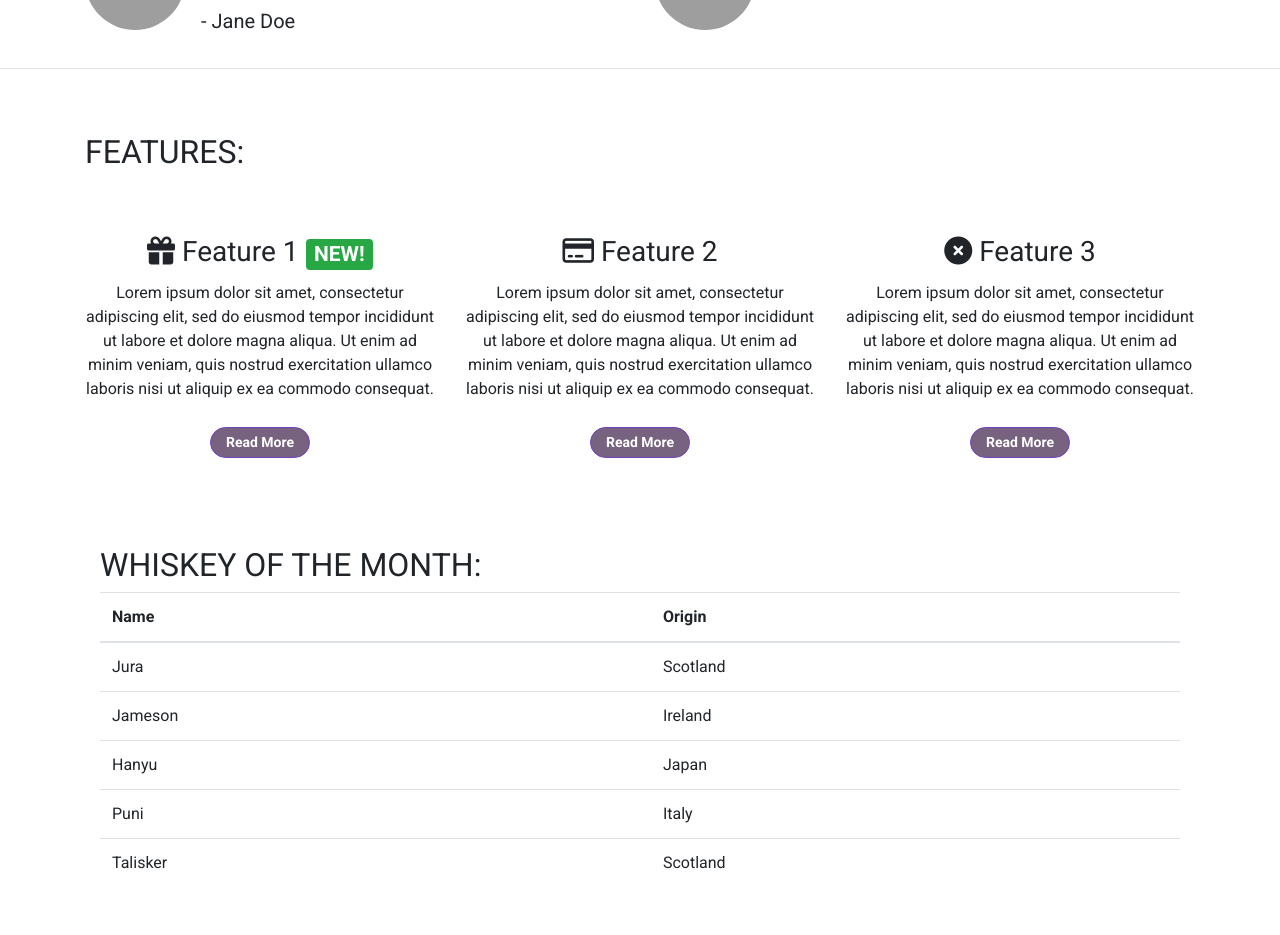
Repository: cipsim/bootstrap2.0
Page: index.html
The author's editor kept a record of every edit. The page is drawn from the files as they stood at one moment, then again after the next edit.
The browser window is 1280 px wide. The pictures show the part of the page from y = 965 to 1917 px (the page is 1900 px tall before and 1917 px after).
Pictures or frames that could not be fetched are drawn as grey boxes. Backgrounds fixed to the window are drawn as part of the page. Some web libraries are served in a nearby version.

Above is the page before.

### index.html
<!DOCTYPE html>
<html lang="en-us">

<head>
    <meta charset="utf-8">
    <title>Whiskey Drop | Taste a new whiskey every month</title>
    <meta name="viewport" content="width=device-width, initial-scale=1.0">
    <link rel="stylesheet" href="https://maxcdn.bootstrapcdn.com/bootstrap/4.1.3/css/bootstrap.min.css">
    <script src="https://kit.fontawesome.com/0dc9a7af2a.js"></script>
    <link href="https://fonts.googleapis.com/css?family=Roboto:400,700&display=swap" rel="stylesheet">
    <link rel="stylesheet" href="css/style.css" type="text/css" />
</head>

<body>
    <div class="container-fluid navalert-container">
    <nav class="navbar navbar-dark navbar-expand-sm">
        <a href="/" class="navbar-brand">Whiskey Drop</a>
        <button class="navbar-toggler ml-auto" type="button" data-toggle="collapse" data-target="#navbarNavDropdown" aria-controls="navbarNavDropdownv" aria-epanded="false" aria-label="Toggle navigation">
            <span class="navbar-toggler-icon">
            </span>
        </button>
        <div class="collapse navbar-collapse" id="navbarNavDropdown">
            <ul class="navbar-nav mr-auto">
                <li class="active nav-item mr-2"><a class="nav-link" href="/">Home</a></li>
                <li class="nav-item mr-2"><a class="nav-link" href="/about">About</a></li>
                <li class="nav-item dropdown">
                    <a class="nav-link dropdown-toggle" href="#" id="navbarDropdownMenuLink" role="button" data-toggle="dropdown" aria-haspopup="true" aria-expanded="false">
                        Whiskeys
                    </a>
                    <div class="dropdown-menu" aria-labelledby="navbarDropdownMenuLink">
                        <a href="#" class="dropdown-item">Scotch</a>
                        <a href="#" class="dropdown-item">Irish</a>
                        <a href="#" class="dropdown-item">Japanese</a>
                        <a href="#" class="dropdown-item">Italian</a>
                    </div>
                </li>
                <li class="nav-item mr-2 d-block d-sm-none"><a class="nav-link" href="/login">Sign In / Sign Up</a></li>
            </ul>
        </div>
        <div class="d-none d-md-block">
            <p class="navbar-text my-auto mr-2"><i>Great whiskey delivered to your door!</i></p>
            <a href="/login" class="btn btn--cta btn--purple">Sign in / Sign up</a>
        </div>
    </nav>\
    </div>
    <!--<div class="container alert-container">-->
    <!--    <div class="row d-none d-sm-block">-->
    <!--        <div class="col-12">-->
    <!--            <div class="alert alert-warning">-->
    <!--                <strong>Sale is now on!</strong> We got a sale on: get a 12 month subscription for the price of 6!!! <a href="">See here for details.</a>-->
    <!--            </div>-->
    <!--        </div>-->
    <!--    </div>-->
    <!--</div>-->
    <!-- Callout -->
    <div class="container-fluid callout-container">
        <div class="row">
            <div class="col-12">
                <section class="callout jumbotron text-center">
                    <h1 class="jumbotron-header">The finest whiskeys delivered to your doorstep.</h1>
                    <hr class="block-divider">
                    <p class="lead">Sign up today to start receiving the world's best whiskeys every month.
                        <s class="d-none d-sm-inline">19.99$</s>
                        <span class="d-inline d-sm-none"><br></span>
                        <strong><mark>First one is free!</mark></strong></p>
                    <p class="text-muted"><small>You must be over 18 to sign up to our service, please drink responsibly</small></p>
                    <button class="btn btn-lg btn--cta btn--purple" data-toggle="modal" data-target="#signUpModal">Sign up!</button>
                </section>
            </div>
        </div>
    </div>
    <!-- /.callout -->
    <hr>

    <!-- Quotes -->
    <div class="container quotes-container">
        <section class="quotes">
            <div class="row">
                <div class="col-12 my-5">
                    <h2 class="text-uppercase">Quotes:</h2>
                </div>
            </div>
            <div class="row">
                <div class="col-12 col-md-6">
                    <div class="media">
                        <div class="d-none d-sm-block">
                            <img src=".c9/images/girls.jpg" class="rounded-circle mr-3" height=100 width=100>
                        </div>
                        <div class="media-body">
                            <blockquote class="blockquote">
                                <p>I've been introduced to more than 10 great international whiskeys I never knew about.</p>
                                <p>- Jane Doe</p>
                            </blockquote>
                        </div>
                    </div>
                </div>
                <div class="col-12 col-md-6">
                    <div class="media">
                        <div class="d-none d-sm-block">
                            <img src=".c9/images/guy.jpg" class="rounded-circle mr-3" height=100 width=100>
                        </div>
                        <div class="media-body">
                            <blockquote class="blockquote">
                                <p>I haven't been sober for months!</p>
                                <p>- Jane Doe</p>
                            </blockquote>
                        </div>
                    </div>
                </div>
            </div>
        </section>
    </div>

    <!-- /.quotes -->
    <hr>

    <!-- Features -->
    <div class="container features-container">
        <section class="features">
            <div class="row">
                <div class="col-12 my-5">
                    <h2 class="text-uppercase">Features:</h2>
                </div>
            </div>
            <div class="row">
                <div class="col-12 col-md-6 col-lg-4">
                    <div class="feature">
                        <h3><i class="fas fa-gift d-none d-sm-inline"></i> Feature 1 <span class="badge badge-success">NEW!</span></h3>
                        <p>Lorem ipsum dolor sit amet, consectetur adipiscing elit, sed do eiusmod tempor incididunt ut labore et dolore magna aliqua. Ut enim ad minim veniam, quis nostrud exercitation ullamco laboris nisi ut aliquip ex ea commodo consequat.</p>
                        <p><a class="btn btn-sm btn-light" href="">Read More</a></p>
                    </div>
                </div>
                <div class="col-12 col-md-6 col-lg-4">
                    <div class="feature">
                        <h3><i class="far fa-credit-card d-none d-sm-inline"></i> Feature 2</h3>
                        <p>Lorem ipsum dolor sit amet, consectetur adipiscing elit, sed do eiusmod tempor incididunt ut labore et dolore magna aliqua. Ut enim ad minim veniam, quis nostrud exercitation ullamco laboris nisi ut aliquip ex ea commodo consequat.</p>
                        <p><a class="btn btn-sm btn-light" href="">Read More</a></p>
                    </div>
                </div>
                <div class="col-12 d-md-none d-lg-block col-lg-4">
                    <div class="feature">
                        <h3><i class="fas fa-times-circle d-none d-sm-inline"></i> Feature 3</h3>
                        <p>Lorem ipsum dolor sit amet, consectetur adipiscing elit, sed do eiusmod tempor incididunt ut labore et dolore magna aliqua. Ut enim ad minim veniam, quis nostrud exercitation ullamco laboris nisi ut aliquip ex ea commodo consequat.</p>
                        <p><a class="btn btn-sm btn-light" href="">Read More</a></p>
                    </div>
                </div>
            </div>
        </section>
    </div>

    <!-- /.features -->
    <!--Table-->
    <div class="container table-container">
        <section class="table">
            <div class="col-12 my-5">
                <h2 class="text-uppercase">Whiskey of the month:</h2>
                <table class="table">
                    <thead>
                        <tr>
                            <th scope="col">Name</th>
                            <th scope="col">Origin</th>
                        </tr>
                    </thead>
                    <tbody>
                        <tr>
                            <td>Jura</td>
                            <td>Scotland</td>
                        </tr>
                        <tr>
                            <td>Jameson</td>
                            <td>Ireland</td>
                        </tr>
                        <tr>
                            <td>Hanyu</td>
                            <td>Japan</td>
                        </tr>
                        <tr>
                            <td>Puni</td>
                            <td>Italy</td>
                        </tr>
                        <tr>
                            <td>Talisker</td>
                            <td>Scotland</td>
                        </tr>
            </div>
        </section>
    </div>
    </article>
    <div class="modal" tabindex="-1" role="dialog" id="signUpModal">
        <div class="modal-dialog" role="document">
            <div class="modal-content">
                <div class="modal-header">
                    <h5 class="modal-title">Sign up to Whiskey Drop!</h5>
                    <button type="button" class="close" data-dismiss="modal" aria-label="Close">
          <span aria-hidden="true">&times;</span>
        </button>
                </div>
                <div class="modal-body">
                    <form>
                        <div class="form-group">
                            <label for="exampleInputEmail1">Email address</label>
                            <input type="email" class="form-control" id="exampleInputEmail1" aria-describedby="emailHelp" placeholder="Enter email">
                            <small id="emailHelp" class="form-text text-muted">We'll never share your email with anyone else.</small>
                        </div>
                        <div class="form-group">
                            <label for="password">Password</label>
                            <input type="password" class="form-control" id="password" placeholder="Password">
                        </div>
                        <div class="form-group">
                            <label for="repeatPassword">Repeat Password</label>
                            <input type="password" class="form-control" id="repeatPassword" placeholder="Repeat Password">
                        </div>
                        <button type="submit" class="btn btn-success">Submit</button>
                    </form>
                </div>
            </div>
        </div>
    </div>
    <script src="https://code.jquery.com/jquery-3.3.1.slim.min.js" integrity="sha384-q8i/X+965DzO0rT7abK41JStQIAqVgRVzpbzo5smXKp4YfRvH+8abtTE1Pi6jizo" crossorigin="anonymous"></script>
    <script src="https://cdnjs.cloudflare.com/ajax/libs/popper.js/1.14.7/umd/popper.min.js" integrity="sha384-UO2eT0CpHqdSJQ6hJty5KVphtPhzWj9WO1clHTMGa3JDZwrnQq4sF86dIHNDz0W1" crossorigin="anonymous"></script>
    <script src="https://stackpath.bootstrapcdn.com/bootstrap/4.3.1/js/bootstrap.min.js" integrity="sha384-JjSmVgyd0p3pXB1rRibZUAYoIIy6OrQ6VrjIEaFf/nJGzIxFDsf4x0xIM+B07jRM" crossorigin="anonymous"></script>
</body>

</html>

### css/style.css
body {
    font-family: 'Roboto', sans-serif;
}

.alert-container .col-12 {
    padding-left: 0;
    padding-right: 0;
}

.site-wide-alert {
    border-radius: 0;
    margin-bottom: 0;
    padding: 5px 15px;
    border-color: #e59a19;
    background-color: #e59a19;
    color: #fff;
}

.features-container {}

.quotes-container {}

.table-container {}

.callout-container {
    height: 100vh;

    background: url("../.c9/images/bgi.jpg") no-repeat bottom right fixed;
    -webkit-background-size: cover;
    -moz-background-size: cover;
    -o-background-size: cover;
    background-size: cover;

    display: flex;
    align-items: center;
    justify-content: center;

}

@media screen and (max-width: 600px) {
    .callout-container {
        height: 100vh;
        background: url("../.c9/images/bgi.jpg") no-repeat bottom center fixed;
        -webkit-background-size: cover;
        -moz-background-size: cover;
        -o-background-size: cover;
        background-size: cover;
        display: flex;
        align-items: center;
        justify-content: center;
    }
}

/*Headers*/

.page-header {
    margin-bottom: 0;
    border-bottom: 0;
    text-align: center;
}

.page-heder h2 {
    margin-top: 0;
}

.quotes .page-header {
    margin-bottom: 25px;
}

.table .page-header {
    margin-bottom: 625px;
}

/*Navbar*/

.navalert-container {
    position: absolute;
    top: 0;
    left: 0;
    padding-left: 0;
    padding-right: 0;
    z-index: 1;
}

.navbar {
    margin-bottom: 0;
    border: 0;
    width: 100%;
    background-color: rgba(0, 0, 0, 0.25);
}

.navbar .navbar-toggler {
    border: 0;
}

.navbar-brand {
    font-weight: bold;
}

.navbar .navbar-nav a {
    font-weight: bold;
}

/*jumbotron*/

.jumbotron {
    color: lightgray;
    background-color: transparent;
}

.jumbotron-header {
    color: #fcf8e3;
    -webkit-text-stroke: 1px black;
    font-weight: bold;
    margin-bottom: 30px;
}

.jumbotron small {
    font-size: 60%;
    font-style: italic;
    color: #dcbd18;
}

/*Block dividers*/

.block-divider {
    width: 75px;
    height: 5px;
    border: 0;
    background-color: #5c4465d4;
}

/*Content Containers*/

.content-container {
    padding-top: 75px;
    padding-bottom: 75px;
}

/*Container wrappers*/

.container-wrapper {}

.container-wrapper--purple {
    background-color: #5c4465d4;
    color: white;
}

/*Buttons*/

.btn--cta {
    font-weight: bold;
    border-radius: 25px;
    width: 150px;
}

.btn--purple {
    color: white;
    background-color: #5c4465d4;
    border-color: #6f42c1;
}

.btn--purple:hover,
.btn--purple:active,
.btn--purple:focus,
.btn--purple:active:focus {
    background-color: #6f42c1;
    border-color: #6f42c1;
}

.feature {
    text-align: center;
    margin-bottom: 40px;
}

.feature i {
    margin-bottom: 20px;
    line-height: 45px;
}

.feature .btn {
    background-color: #5c4465d4;
    border-color: #6f42c1;
    color: white;
    border-radius: 25px;
    min-width: 100px;
    margin-top: 10px;
    font-weight: bold;
}

After the next edit:
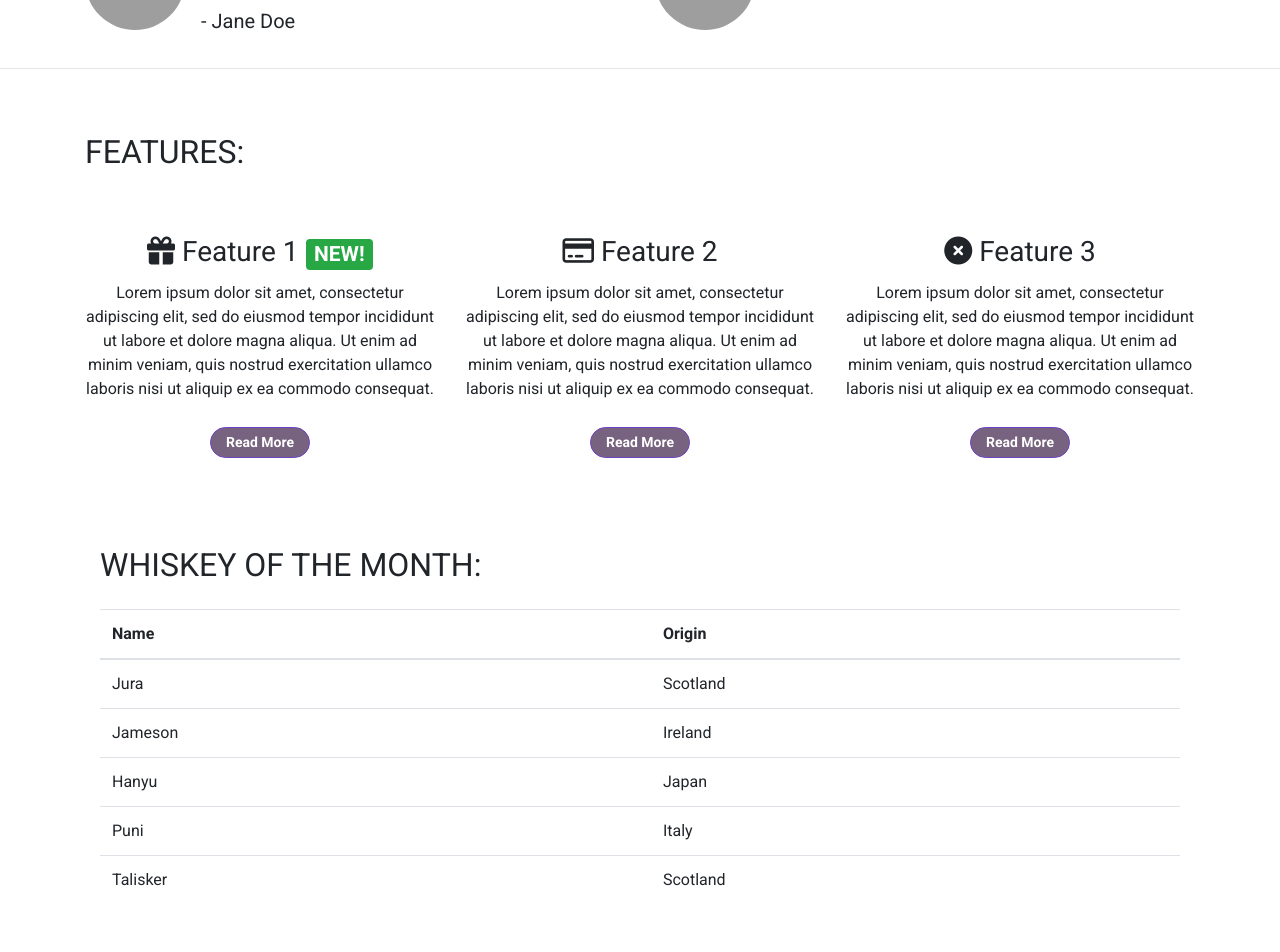
The edit:
--- a/css/style.css
+++ b/css/style.css
@@ -67,8 +67,8 @@
     margin-bottom: 25px;
 }
 
-.table .page-header {
-    margin-bottom: 625px;
+.table h2 {
+    margin-bottom: 25px;
 }
 
 /*Navbar*/
